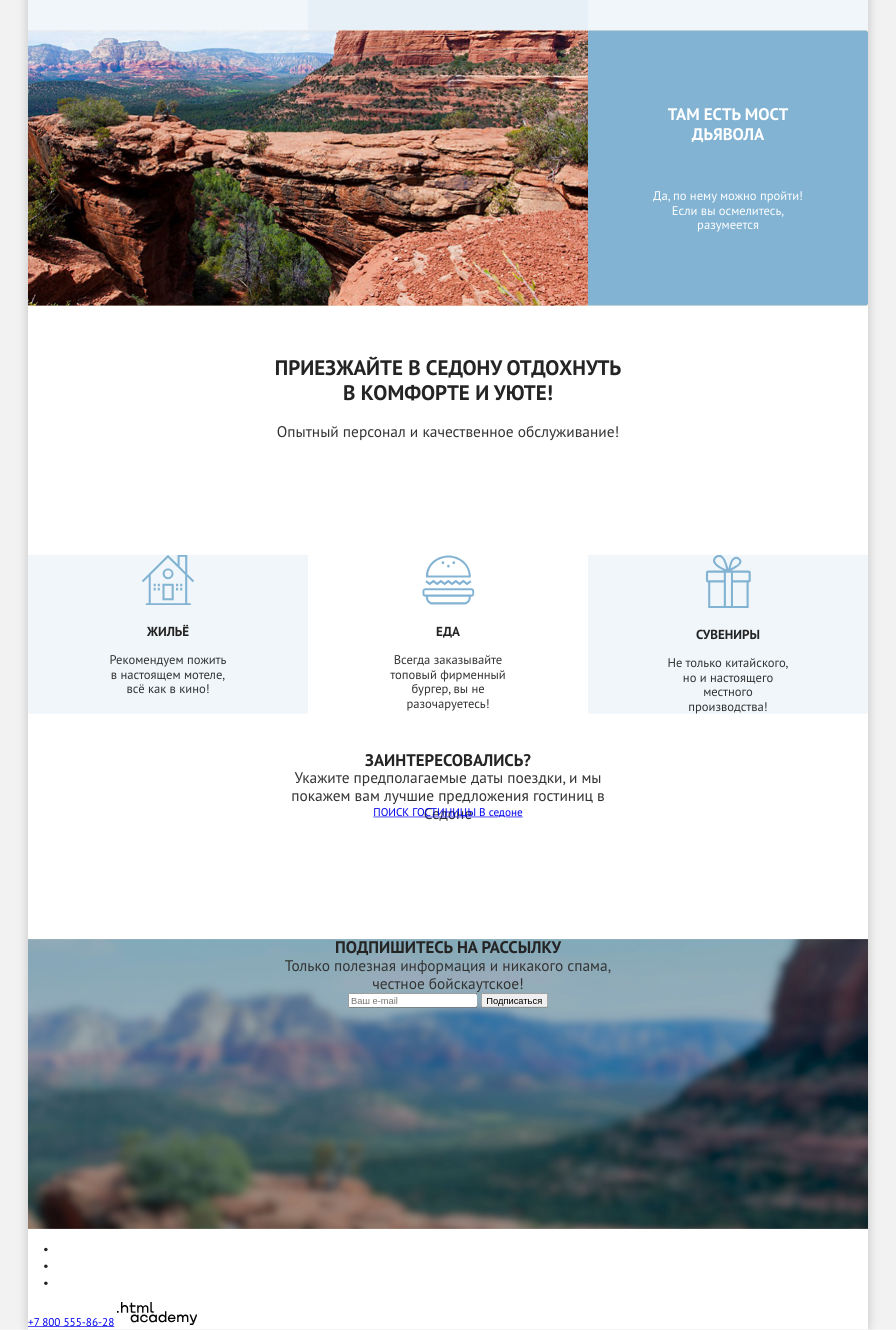
Repository: zakhgagne/2512253-sedona-1
Page: index.html
The author's editor kept a copy of each file at every save. The page is drawn from the files as they stood at one save, then again after the next save.
The browser window is 1280 px wide. The pictures show the part of the page from y = 1551 to 3471 px (the page is 3451 px tall before and 3471 px after), at 70% of full size.

Above is the page before, as saved 2024-05-11 19:12:44.

### index.html
<!DOCTYPE html>
<html lang="ru">

  <head>
    <meta charset="utf-8">
    <title>Сайт города Седона</title>
    <link rel="stylesheet" href="styles/styles.css">
  </head>

  <body>
    <div class="container">
      <header class="header">
        <a class="logo-link" href="#">
          <img class="logo-image" src="./images/logo.svg" alt="Любимая Седона" width="" height="">
        </a>
        <nav class="navigation">
          <ul class="main-menu">
            <li class="menu-item">
              <a href="./index.html" class="menu-link">Главная</a>
            </li>
            <li class="menu-item">
              <a href="#" class="menu-link">О Седоне</a>
            </li>
            <li class="menu-item">
              <a href="./catalog.html" class="menu-link">Гостиницы</a>
            </li>
          </ul>
          <ul class="user-menu">
            <li class="user-menu-item">
              <a href="#" class="user-menu-link">
                <span class="visually-hidden">Поиск</span>
              </a>
            </li>
            <li class="user-menu-item">
              <a href="#" class="user-menu-link">
                <span class="visually-hidden">Избранное</span>
                <span class="like-number">12</span>
              </a>
            </li>
            <li class="user-menu-item">
              <a href="#" class="user-menu-link">Хочу сюда!</a>
            </li>
          </ul>
        </nav>
      </header>
      <main class="main-container">
        <h1 class="visually-hidden">Cайт города Седона</h1>
        <section class="welcome">
          <h2 class="visually-hidden">Приглашение</h2>
          <img src="./images/welcome.svg" class="welcome-image" width="" height="" alt="Welcome">
        </section>

        <section class="city">
          <h2 class="city-title">Седона — небольшой городок в Аризоне, заслуживающий большего!</h2>
          <p class="city-subtitle">Рассмотрим причины, по которым Седона круче, чем Гранд-Каньон!</p>

          <ul class="reason-list">
            <li class="reason-item reason-item-special">
              <div class="reason-container">
                <h3 class="reason-title">Настоящий городок</h3>
                <p class="reason-text">Седона — не аттракцион для туристов, там течёт своя жизнь</p>
              </div>
              <img src="./images/photo-1.jpg" class="reason-image" width="" height="">
            </li>
            <li class="reason-item">
              <div class="reason-container">
                <h3 class="reason-title">Небольшая площадь</h3>
                <p class="reason-text">Все достопримечательности находятся очень близко</p>
              </div>
            </li>
            <li class="reason-item">
              <div class="reason-container">
                <h3 class="reason-title">Красивая дорога</h3>
                <p class="reason-text">Ехать в Седону из Лас-Вегаса совсем не скучно!</p>
              </div>
            </li>
            <li class="reason-item">
              <div class="reason-container">
                <h3 class="reason-title">Мало туристов</h3>
                <p class="reason-text">Большинство едет в Гранд Каньон и толпится там</p>
              </div>
            </li>
            <li class="reason-item reason-item-special">
              <img src="./images/photo-2.jpg" class="reason-image" width="" height="">
              <div class="reason-container">
                <h3 class="reason-title">Там есть мост дьявола</h3>
                <p class="reason-text">Да, по нему можно пройти! Если вы осмелитесь, разумеется</p>
              </div>
            </li>
          </ul>
        </section>

        <section class="city-welcome">
          <h2 class="desription">Приезжайте в Седону отдохнуть в комфорте и уюте!</h2>
          <p class="simple-text">Опытный персонал и качественное обслуживание!</p>
          <div class="container-city-welcome">
            <ul class="comfort-list">
              <li class="comfort-item">
                <img src="./images/advantage-icon-home.svg" class="reason-image" width="" height="">
                <h3 class="comfort-title">Жильё</h3>
                <p class="comfort-text">Рекомендуем пожить в настоящем мотеле, всё как в кино!</p>
              </li>
              <li class="comfort-item">
                <img src="./images/advantage-icon-food.svg" class="reason-image" width="" height="">
                <h3 class="comfort-title">Еда</h3>
                <p class="comfort-text">Всегда заказывайте топовый фирменный бургер, вы не разочаруетесь!</p>
              </li>
              <li class="comfort-item">
                <img src="./images/advantage-icon-gift.svg" class="reason-image" width="" height="">
                <h3 class="comfort-title">Сувениры</h3>
                <p class="comfort-text">Не только китайского, но и настоящего местного производства!</p>
              </li>
            </ul>
          </div>
        </section>

        <section class="interest">
          <h2 class="desription">Заинтересовались?</h2>
          <p class="simple-text">Укажите предполагаемые даты поездки, и мы покажем вам лучшие предложения гостиниц в
            Седоне</p>
          <a href="#" class="button-search-motel">ПОИСК ГОСТИНИЦЫ В седоне</a>
        </section>

      </main>

      <footer>
        <section class="news-letter">
          <h2 class="desription">Подпишитесь на рассылку</h2>
          <p class="simple-text">Только полезная информация и никакого спама, честное бойскаутское!</p>

          <form class="subscribe-form" action="https://echo.htmlacademy.ru/" method="post">
            <input class="field" placeholder="Ваш e-mail" type="email" name="distribution-email" required>
            <button class="subscribe-form-button" type="submit">Подписаться</button>
          </form>
        </section>
        <div class="footer-container">
          <section class="contacts">
            <h2 class="visually-hidden">Контакты</h2>
            <ul class="contact-list">
              <li class="contact-list-item">
                <a href="#" class="contact-list-link">
                  <p class="visually-hidden">Вконтакте</p>
                </a>
              </li>
              <li class="contact-list-item">
                <a href="#" class="contact-list-link">
                  <p class="visually-hidden">Телеграм</p>
                </a>
              </li>
              <li class="contact-list-item">
                <a href="#" class="contact-list-link">
                  <p class="visually-hidden">Ютуб</p>
                </a>
              </li>
            </ul>
            <a class="footer-contacts-address-phone" href="tel:+78005558628">+7 800 555-86-28</a>
            <a class="htmlacademy-link" href="https://htmlacademy.ru/">
              <img src="./images/logo-academy.svg" width="" height="" alt="Академия">
            </a>
          </section>
        </div>
      </footer>
    </div>
  </body>

</html>

### styles/styles.css
@font-face {
  font-family: "PT Sans";
  font-style: normal;
  font-weight: 400;
  src: url("../fonts/ptsans-400.woff2") format("woff2");
  font-display: swap;
}

@font-face {
  font-family: "PT Sans";
  font-style: normal;
  font-weight: 700;
  src: url("../fonts/ptsans-700.woff2") format("woff2");
  font-display: swap;
}


body {
  margin: 0;
  font-family: "PT Sans", "Arial", sans-serif;
  font-size: 16px;
  line-height: 24px;
  color: #242424;
  background-color: #f2f2f2;
}

.visually-hidden {
  display: none;
}

.container {
  width: 1200px;
  margin: 0 auto;
  background-color: #ffffff;
  box-shadow: 0 0 15px rgba(0, 0, 0, 0.2);
}

.header {
  background-color: #ffffff;
  position: relative;
  padding: 0 68px 0 238px;
}

.logo-link {
  position: absolute;
  top: 0;
  left: 70px;
}

.logo-image {}

.navigation {
  display: flex;
  justify-content: space-between;
}

.main-menu {
  padding: 0;
  margin: 0;
  list-style: none;
  display: flex;
  width: 500px;
  flex-wrap: wrap;
}

.menu-item {}

.menu-link {
  font-size: 20px;
  font-weight: 700;
  line-height: 24px;
  color: #000000;
  text-decoration: none;
  display: block;
  padding: 20px 16px;

}

.menu-item:nth-child(1) {
  /* background-color: red; */
}

.menu-item:nth-child(2) {
  /* background-color: blue; */
}

.menu-item:nth-child(3) {
  /* background-color: red; */
}

.user-menu {
  padding: 0;
  margin: 0;
  list-style: none;
  display: flex;
}

.welcome {
  background-color: #aec5d1;
  background-image: url("../images/white-crown.svg"), url("../images/index-background.jpg");
  background-repeat: no-repeat;
  background-position: center bottom, center top;
  background-size: 1200px 57px, cover;
  padding-top: 51px;
  padding-bottom: 82px;
  min-height: 352px;
}

.welcome-image {
  display: block;
  margin: 0 auto;
}

.city {
  text-align: center;
  padding-top: 70px;
}

.city-title {
  padding: 0;
  margin: 0 auto 24px;
  font-size: 30px;
  font-weight: 700;
  line-height: 36px;
  text-transform: uppercase;
  width: 750px;

}

.city-subtitle {
  padding: 1px;
  margin: 0 auto 87px;
  font-size: 22px;
  font-weight: 400;
  line-height: 26px;
  width: 750px;
}

.reason-list {
  display: flex;
  justify-content: space-between;
  text-align: center;
  padding: 0;
  margin: 0;
  list-style: none;
  flex-wrap: wrap;
}

.reason-item {
  display: flex;
  background-color: bisque;
}

.reason-container {
  width: 400px;
  padding-top: 106px;
  padding-bottom: 105px;
}

.reason-title {
  margin: 0 auto 63px;
  padding: 0;
  font-size: 24px;
  font-weight: 700;
  line-height: 28px;
  width: 175px;
  text-transform: uppercase;

}

.reason-text {
  padding: 0;
  margin: 0 auto;
  font-size: 18px;
  font-weight: 400;
  line-height: 21px;
  width: 231px;
}

.reason-item:nth-child(2n) {
  background-color: #f0f6fa;
}

.reason-item:nth-child(3n) {
  background-color: #e6f0f6;
}

.reason-item-special .reason-container {
  background-color: #82B3D3;
  border-radius: 0px 4px 4px 0px;
  color: #FFFFFF;

}

.comfort-list {
  display: flex;
  justify-content: space-between;
  text-align: center;
  padding: 0;
  margin: 0;
  list-style: none;
}

.comfort-item {
  width: 400px;
}
.comfort-item:nth-child(even) {
  background-color: #ffffff;
}
.comfort-item:nth-child(odd) {
  background-color: #f0f6fa;
}

.interest {
  text-align: center;
  margin: 54px auto;
  height: 214px;
  width: 592px;
}

.desription {
  padding: 0;
  margin: 0;
  text-transform: uppercase;
}

.footer-container {
  display: flex;
  margin: 0 auto;
}


.news-letter {
  background-image: url("../images/subscribe.jpg");
  background-repeat: no-repeat;
  min-height: 414px;
  text-align: center;

  /*width: 684px;*/
}

.city-welcome {
  text-align: center;
  padding-top: 70px;
}

.city-welcome .desription {
  padding: 0;
  margin: 0 auto 24px;
  font-size: 30px;
  font-weight: 700;
  line-height: 36px;
  text-transform: uppercase;
  width: 500px;
}

.simple-text {

  padding: 0;
  margin: 0 auto;
  width: 490px;
  height: 50px;

  /* Texts/Text basic */
  font-weight: 400;
  font-size: 22px;
  line-height: 26px;
  /* identical to box height, or 118% */
  /* Texts/second */
  color: #333333;
}

.container-city-welcome {

  text-align: center;
  padding-top: 140px;
}

.comfort-text {
  font-weight: 400;
  font-size: 18px;
  line-height: 21px;
  color: #333333;
  flex: none;
  order: 2;
  align-self: stretch;
  flex-grow: 0;
  width: 175px;
  margin: 0 auto;
  padding: 0;
}
.comfort-title {
text-transform: uppercase;
}

.button-search-motel{
  margin: 0 auto 0;
  padding: 0;
}

After the next save:
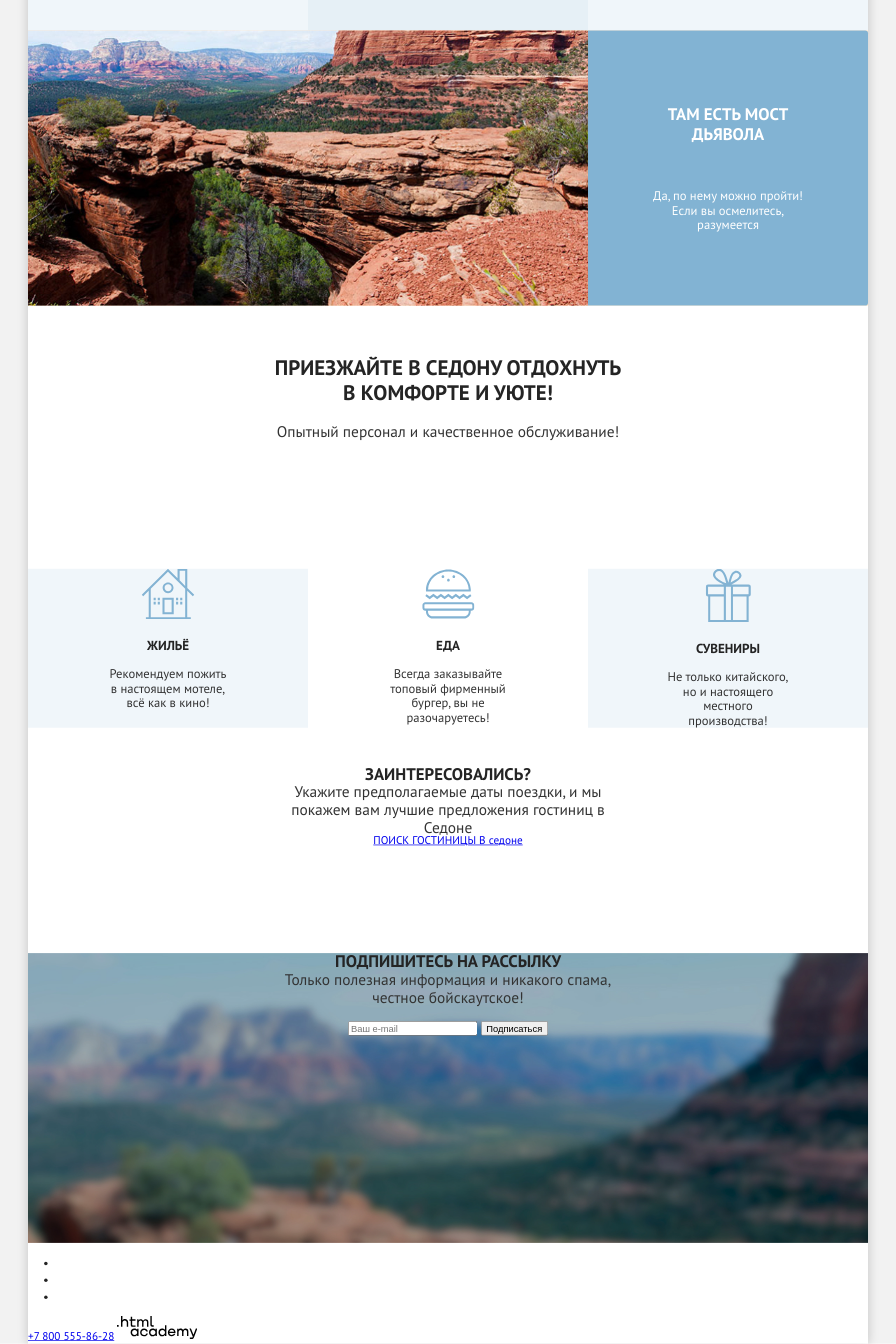
Saved 19 s later.
--- a/styles/styles.css
+++ b/styles/styles.css
@@ -259,7 +259,7 @@ body {
   padding: 0;
   margin: 0 auto;
   width: 490px;
-  height: 50px;
+  height: 70px;
 
   /* Texts/Text basic */
   font-weight: 400;
